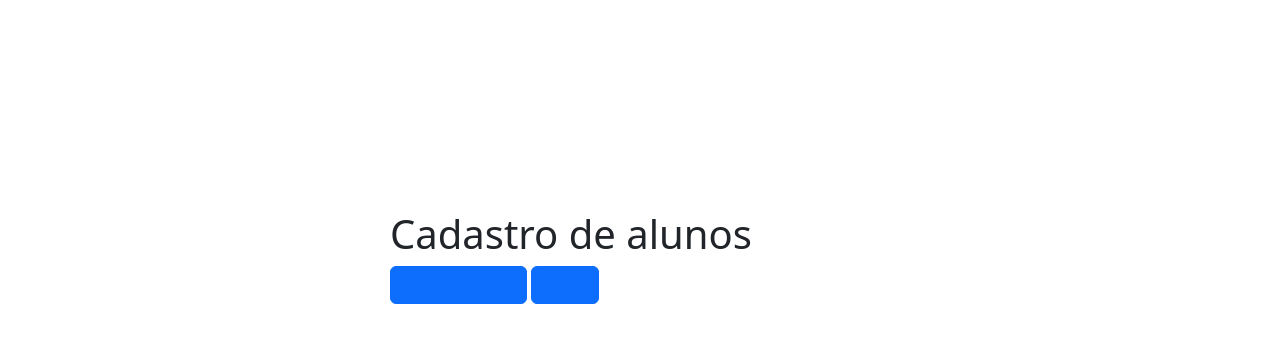
Repository: juliatbarbosa/CRUD-ALUNOS
Page: http://localhost/OlaMundo/alunos/cadastro/index.jsp
An editor plug-in stored every save of this project. The page is shown before and after the next save, followed by the edit.
The browser window is 1280 px wide. The pictures show the whole page.
The page is served by Tomcat 9. Other server files are loaded and not shown.

Above is the page before, as saved 2024-09-29 21:07:57.

### OlaMundo/src/main/webapp/alunos/cadastro/index.jsp
<%@page import="org.alunos.AlunoDAO"%>
<%@ page language="java" contentType="text/html; charset=ISO-8859-1"
    pageEncoding="ISO-8859-1"%>
<!DOCTYPE html>
<html>
<head>
<meta charset="ISO-8859-1">
<title>Página inicial</title>

<link href="https://cdn.jsdelivr.net/npm/bootstrap@5.3.3/dist/css/bootstrap.min.css" rel="stylesheet" integrity="sha384-QWTKZyjpPEjISv5WaRU9OFeRpok6YctnYmDr5pNlyT2bRjXh0JMhjY6hW+ALEwIH" crossorigin="anonymous">
<link href="https://cdn.jsdelivr.net/npm/bootstrap-icons/font/bootstrap-icons.css" rel="stylesheet">

<style>
body {
		display: flex;
		justify-content: center;
		align-items: center;
		height: 100vh;

	}
	.conteudoTela {
		width: 500px;
		height: 300px;



	}
</style>
</head>
<body>

	<div class="conteudoTela">

	<h1>Cadastro de alunos</h1>

	<div class="botoes">
			<button type="button" class="btn btn-primary">
				<a href="formulario.jsp?id=0">Novo Cadastro</a>
			</button>
			<button type="button" class="btn btn-primary">
				<a href="listar.jsp">Listar</a>
			</button>

		</div>
	<br/>

	</div>

	<%


	//AlunoDAO dao = new AlunoDAO();
	//dao.criarTabela();
	%>

	<script src="https://cdn.jsdelivr.net/npm/bootstrap@5.3.3/dist/js/bootstrap.bundle.min.js" integrity="sha384-YvpcrYf0tY3lHB60NNkmXc5s9fDVZLESaAA55NDzOxhy9GkcIdslK1eN7N6jIeHz" crossorigin="anonymous"></script>
</body>
</html>

After the next save:
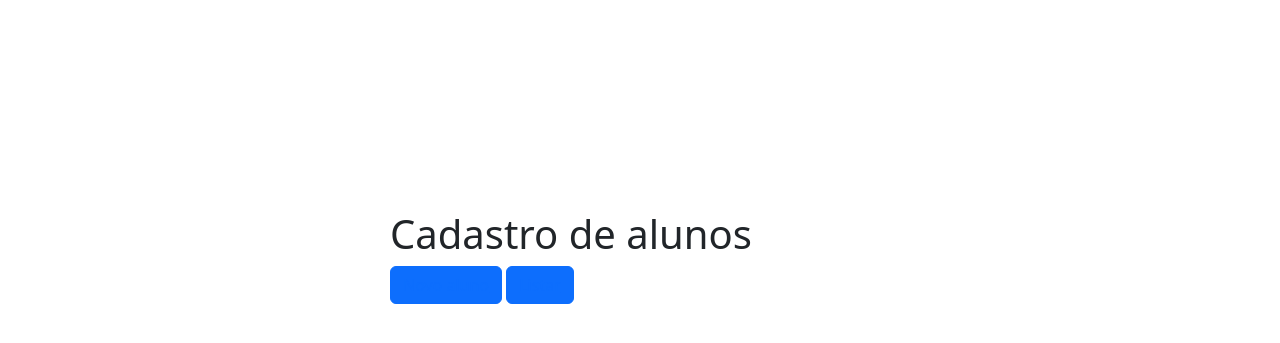
Saved 6 s later.
--- a/OlaMundo/src/main/webapp/alunos/cadastro/index.jsp
+++ b/OlaMundo/src/main/webapp/alunos/cadastro/index.jsp
@@ -35,7 +35,7 @@ body {
 
 	<div class="botoes">
 			<button type="button" class="btn btn-primary">
-				<a href="formulario.jsp?id=0">Novo Cadastro</a>
+				<a href="formulario.jsp?id=0">Novo aluno</a>
 			</button>
 			<button type="button" class="btn btn-primary">
 				<a href="listar.jsp">Listar</a>
